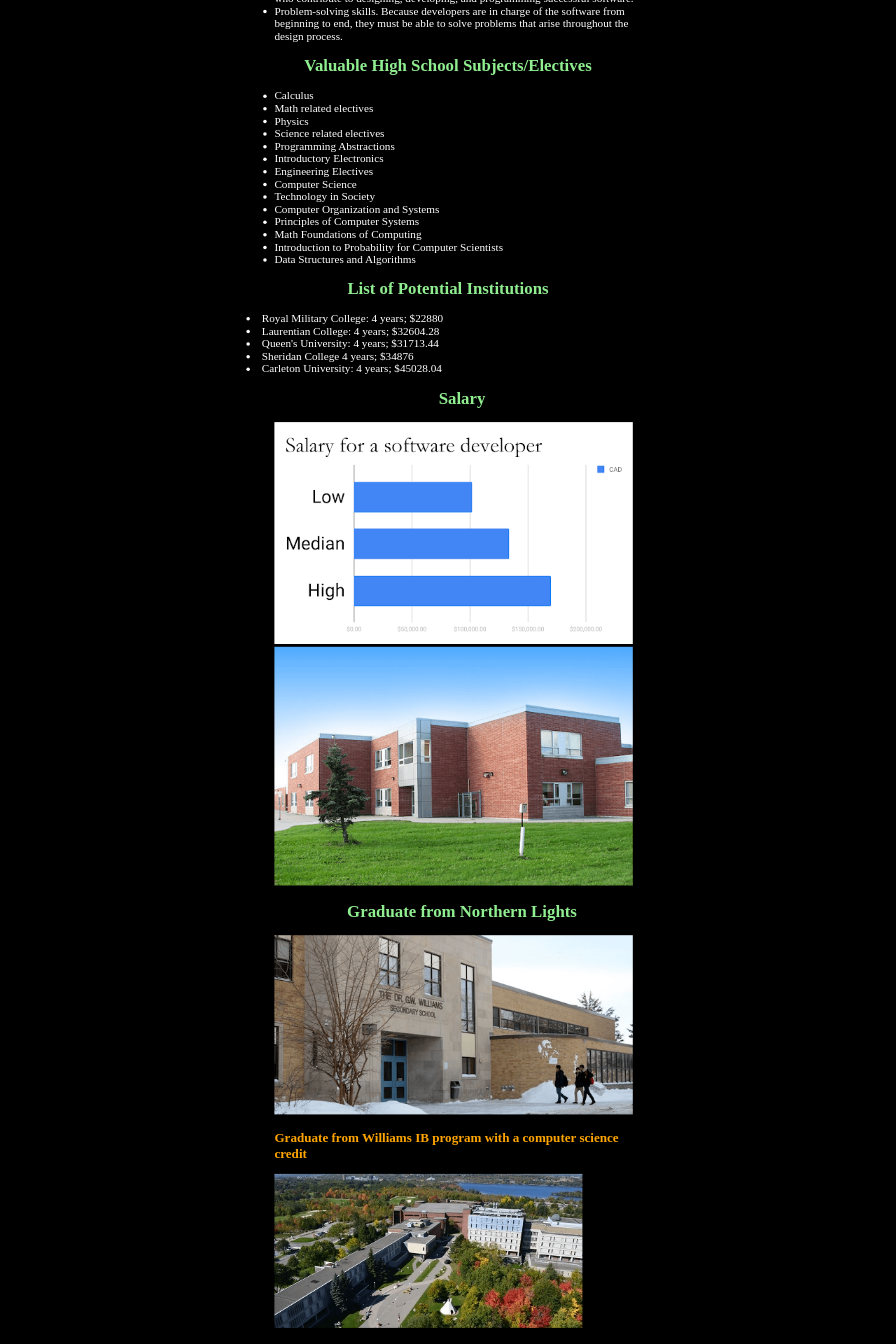
Repository: soerik/1soerik.github.io
Page: index.html
The author's editor kept a record of every edit. The page is drawn from the files as they stood at one moment, then again after the next edit.
The browser window is 1280 px wide. The pictures show the part of the page from y = 1120 to 3040 px (the page is 3040 px tall before and 3033 px after), at 70% of full size.

Above is the page before.

After the next edit:
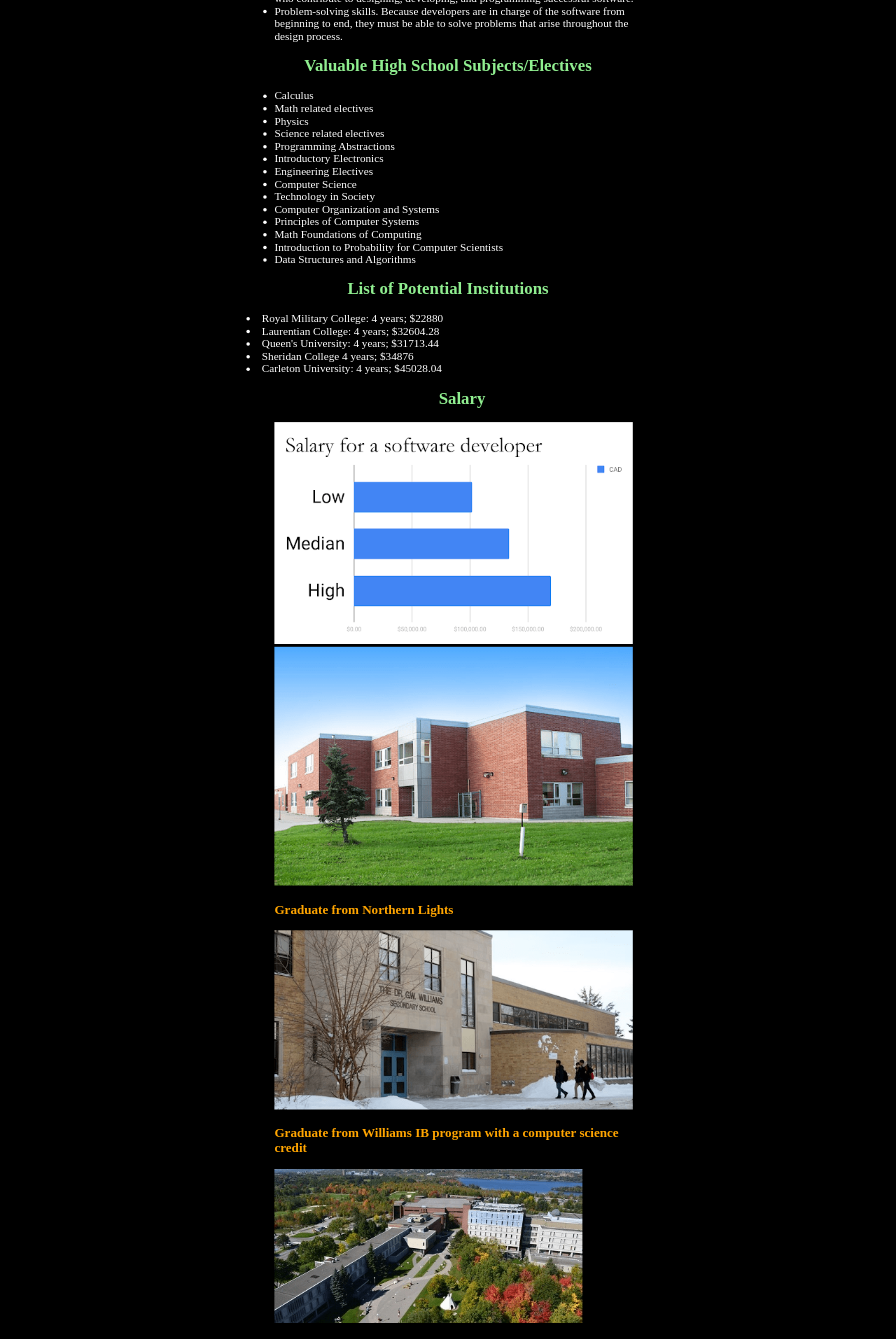
The edit:
--- a/index.html
+++ b/index.html
@@ -128,7 +128,7 @@
 <img src="Salary Graph-min.png"></img>
 
 <img src="Northern Lights-min.png"></img>
-<h2>Graduate from Northern Lights</h2>
+<h3>Graduate from Northern Lights</h3>
 <img src="Williams-min.png"></img>
 <h3>Graduate from Williams IB program with a computer science credit</h3>
 <img src="Laurentian-min.png"></img>
